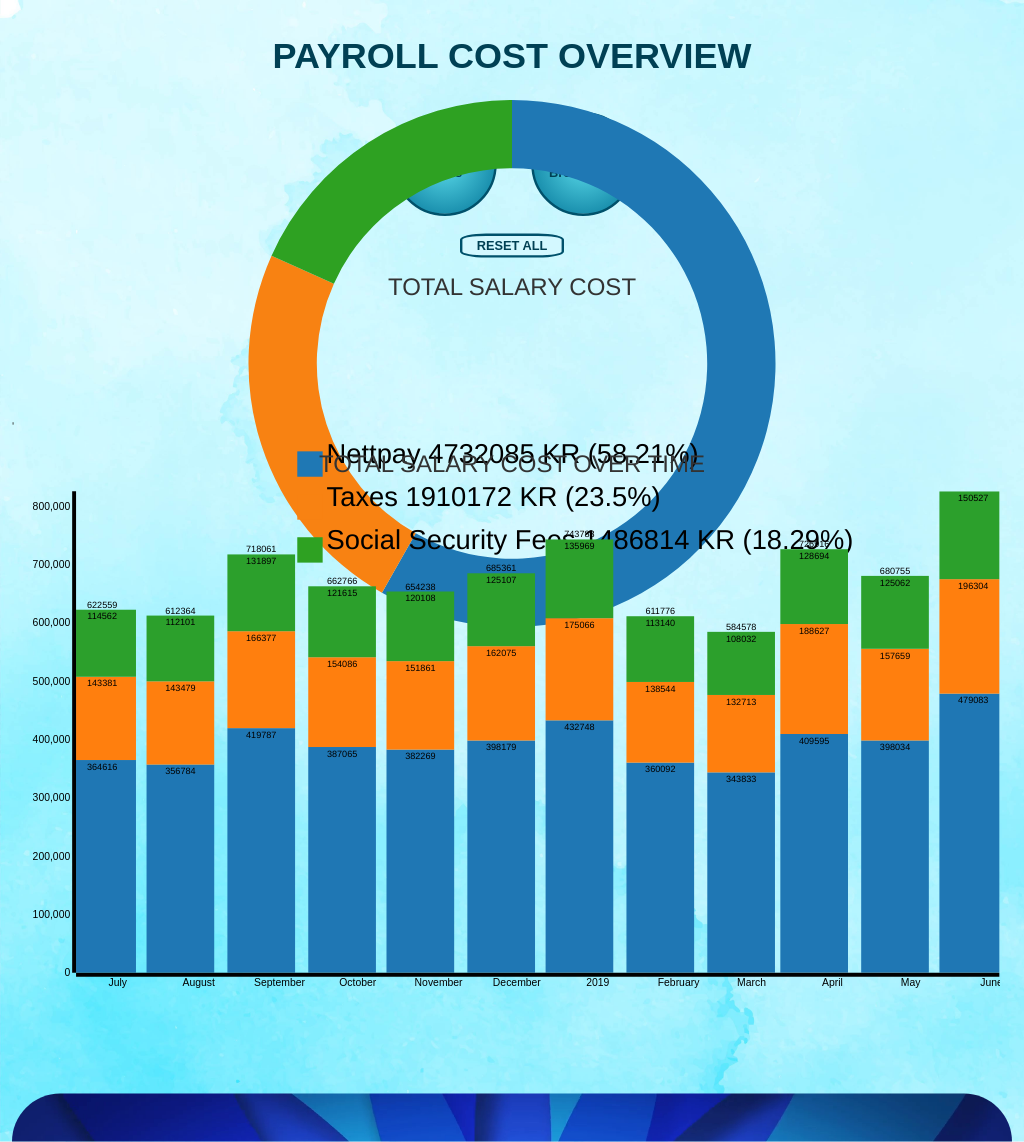
Repository: Code-Institute-Submissions/danfiliphoff-Milestoneproject-2
Page: total_cost.html
The author's editor kept a record of every edit. The page is drawn from the files as they stood at one moment, then again after the next edit.
The browser window is 1280 px wide. The pictures show the whole page, at 80% of full size.

Above is the page before.

### total_cost.html
<!DOCTYPE html>
<html lang="en">
<head>
    <meta charset="UTF-8">
    <meta name="viewport" content="width=device-width, initial-scale=1.0">
    <meta http-equiv="X-UA-Compatible" content="ie=edge">
    <title>Payroll Dashboard</title>
    <link rel="stylesheet" href="static/css/style.css" type="text/css" />
    <link rel="stylesheet" href="static/pictures/html_background.jpg" type="image/jpg" />
    <link rel="stylesheet" href="https://stackpath.bootstrapcdn.com/bootstrap/3.3.7/css/bootstrap.min.css" type="text/css" />
    <script src="https://ajax.googleapis.com/ajax/libs/jquery/3.3.1/jquery.min.js"></script>
    <script src="https://maxcdn.bootstrapcdn.com/bootstrap/3.4.0/js/bootstrap.min.js"></script>
    <script src="static/js/library_js/d3.min.js"></script>
    <script src="static/js/library_js/d3-time-format.v2.min.js"></script>
    <script src="static/js/library_js/crossfilter.min.js"></script>
    <script src="static/js/library_js/dc.min.js"></script>
    <script src="static/js/library_js/queue.min.js"></script>
    <script src="static/js/total_cost.js"></script>
</head>

<body id="index-body-size,body-account">
    <div class="container-fluid" id="index-background">
        <header>
            <!--*******Title*********-->
            <div >
               <div class="row">
                    <h1 class="col-md-12 paddingtitle title">
                         <a href="index.html" class="title">
                             <span>Payroll Cost Overview</span>
                             <br>
                         </a>
                    </h1>
               </div>
            </div>
        </header>
        <div class = "body-account">
            <!--****** Navigation Buttons******-->
            <div class="mobile" id="indexcontent">
                <div class="row" id="center-btn">
                    <div class="col-md-12">
                        <form style="display: inline" action="total_cost.html" method="get">
                            <button class="mainbutton">
                                <span>Total<br> Costs</span>
                            </button>
                        </form>
                        <form style="display: inline" action="account.html" method="get">
                            <button class="mainbutton">
                                <span>Cost Breakdown</span>
                            </button>
                        </form>
                    </div>
                </div>
            </div>
            <!--*****Reset All Button******-->
            <div class="row">
                <div class="col-md-12">
                    <button type="button" class="btn btn-default">
                        <a href="javascript:dc.filterAll(); dc.renderAll();">Reset All</a>
                    </button>
                </div>
            </div>
            <!--*****Graphs******-->
            <div class="container">
                <!--*****Pie Chart******-->
                <div class="row">
                    <section class="col-md-12">
                        <h2 class="h2-chart-heading">TOTAL SALARY COST</h2>
                        <div id="total-cost-pie-chart"></div>
                    </section>  '
                </div>
                <!--*****Bar Chart******-->
                <div class="row">
                    <section class="col-md-12">
                        <h2 class="h2-chart-heading">TOTAL SALARY COST OVER TIME</h2>
                        <div id="total-cost-stacked-bar-chart"></div>
                    </section>
                </div>
            </div>
        </div>
        <!--****** Footer******-->
        <footer class="container-fluid footer-pinned">
            <div class="row footerbackgrund">
            </div>
        </footer>
    </div>
</body>
</html>

### static/css/style.css
/*--------HEADER-------*/
.paddingtitle{
    padding-top:25px;
    text-align: center;
}

.title {
    font-family: "Nunito", Arial;
    font-weight: 800;
    font-size: 45px;
    line-height: 50px;
    text-transform: uppercase;
    color:#004054;
    text-decoration: none !important;
    top: 0.5%;
    position: relative;
}

/*--------Index-------*/
#index-body-size{
    position: fixed;
    height: 100%;
    width: 100%;
    margin-top: -27px;
    margin-left: 0px;
}
#indexcontent{
    text-align: center;
    margin-top: 1%;
}

#welcome-text{
    max-width: 100px;
}

/*--------Navigation buttons-------*/
#center-btn{
    margin-right: 20px;
}

.mainbutton{
    border-radius: 50%;
    color: #004054;
    background: radial-gradient(#5adae9, #017296);
    height: 130px;
    width: 130px;
    font-family: "Nunito", Arial;
    font-weight: 800;
    font-size:16px;
    border: 3px solid #00516b;
    transition: all 0.5s;
    cursor: pointer;
    text-align: center;
    margin-bottom: 22px;
    margin-top: 22px;
    margin-left: 40px;
}

.mainbutton:hover{
  box-shadow: 0 12px 16px 0 rgba(0,0,0,0.24), 0 17px 50px 0 rgba(0,0,0,0.19);
}

.mainbutton span{
  cursor: pointer;
  display: inline-block;
  position: relative;
  transition: 0.5s;
}

.mainbutton span:after{
  content: '\00bb';
  position: absolute;
  opacity: 0;
  top: 0;
  right: -20px;
  transition: 0.5s;
}

.mainbutton:hover span{
  padding-right: 25px;
}

.mainbutton:hover span:after{
  opacity: 1;
  right: 0;
}


/*--------GENERAL-------*/

.navbar-fixed-bottom{
    margin-left: 20px;
    margin-right:24px;
}
#index-background{
    position: relative;
    background-repeat:no-repeat;
    background-size:cover;
    background-image: url("../pictures/html_background.jpg");
    height: 107%;
    width: 100%;
}

.body-account{
    padding-bottom:60px;
    height: 100%;
}

.topic-header{
  font-family: "Nunito", Arial;
  font-weight: 700;
  font-size:  43px;
  color:#004054;
  text-align: center;
}

.topic-text{
  font-family: "Nunito", Arial;
  color:black;
  font-size: 13px;
  text-decoration: none!important;
  text-align: justify;
  max-width: 203px;
  margin: 0 auto;
}

.container{
    width: 100% !important;
}

.h2-chart-heading{
    text-align: center;
}

/*--------------SELECTORS AND DROPDOWNS -------------------*/
#salary-type-selector > select,
#index-background > div > div.container > div:nth-child(2) > div > button,
#index-background > div > div.row > div > button
{
    font-family: "Nunito", Arial;
    font-size: 16px;
    background-color: inherit;
    height: 30px;
    width: 130px;
    font-weight: 800;
    border: 3px solid #00516b;
    text-align: center;
}

#salary-type-selector > select,button, input, select, textarea,
#index-background > div > div.container > div:nth-child(2) > div > button,
#index-background > div > div.row > div > button{
    background-color: #D3F8FF;
    border-radius: 25%;
    text-align: center;
}

#index-background > div > div.container > div:nth-child(2) > div > button > a,
#index-background > div > div.row > div > button > a{
    text-transform: uppercase;
}

#index-background > div > div.container > div:nth-child(2) > div > button{
    margin-top:10px!important;
}

.btn-default{
    padding-top:1px!important;
}

#salary-type-selector > select > option:nth-child(1){
    text-transform: uppercase;
}

/*--------------GRAPHS AND CHARTS GENERAL  -------------------*/
/*below make sures that line grap renders as a line and not as an area*/
.line {
         fill: none;
         stroke: #004054;
         stroke-width: 6px;
         }

#Cost-Per-Type > svg,
#Cost-Over-Time > svg,
#cost-per-account > svg,
#total-cost-pie-chart > svg,
#total-cost-stacked-bar-chart > svg,
#salary-type-selector > select,
#index-background > div > div.container > div:nth-child(2) > div > button,
#index-background > div > div.row > div > button{
    display:block;
    margin:auto;
}

#Cost-Over-Time > svg > g > g.axis.y,
#Cost-Over-Time > svg > g > g.axis.x,
#cost-per-account > svg >.dc-legend,
#total-cost-stacked-bar-chart > svg > g > g.axis.y,
#total-cost-stacked-bar-chart > svg > g > g.axis.x,
#salary-type-selector > select,button, input, select, textarea,
#salary-type-selector > select > option,
#index-background > div > div.container > div:nth-child(2) > div > button > a,
#index-background > div > div.row > div > button > a{
    font-family: "Nunito", Arial;
    font-size: 16px;
    color:#004054;
}

/*--------------GRAPHS AND CHARTS SPECIFIC-------------------*/

#Cost-Per-Type
 .axis.y { display: none;
 }

#Cost-Per-Type > svg > g > g.axis.x > g > text{
    text-anchor: end !important;
}

#cost-per-account > svg >.dc-legend{
    text-transform: uppercase;
}

#Cost-Over-Time > svg > g > g.axis.x {
    font-size: 13.5px;
}

#Cost-Over-Time > svg > g > g.axis.x > g > text{
    transform:rotate(-35deg);
    margin-top: 30px;
    text-anchor: end !important;
}

#Cost-Over-Time > svg{
    overflow: visible;
}

#Cost-Over-Time > svg > g > g.axis.x > g:nth-child(2){
    margin-top: 10px;
}

#total-cost-pie-chart > svg {
    margin-top:-260px;
    margin-bottom: -260px;
}


/*--------------FOOTER-------------------*/

.footerbackgrund{
  bottom: 0;
  margin-top: 50px;
  border-radius: 170px 170px 0px 0px;
  background-repeat:no-repeat;
  background-size:cover;
  background-image: url("../pictures/footerbackground.jpg");
  height: 60px;
}


/*-------------MEDIA QUERYS-----------*/
@media  (min-width: 0px) and (max-width: 426px){
    .title{
        font-weight: 800;
        font-size: 24px;
        line-height: 40px;
        padding-top: 20px;
    }

    .topic-header{
        font-size:  25px;
    }
}

@media (max-width: 320px){
   .topic-text{
        font-size: 12px;
    }
}


@media (max-width: 404px){
    .mainbutton{
        height: 85px;
        width: 85px;
        font-size: 11px;
    }
}

@media  (min-width: 427px) and (max-width: 768px) {
    .title {
        font-weight: 800;
        font-size: 35px;
        line-height: 30px;
        padding-top: 20px;
    }

    .topic-header{
        font-size:  30px;
    }
}


@media (min-width: 768px){

    .topic-text{
        font-size: 15px;
        max-width: 295px;
    }

    #index-body-size{
    margin-top: -31px;
    }

   .navbar-fixed-bottom {
    margin-bottom: -25px;
    }
}

### static/js/total_cost.js
queue()
    .defer(d3.csv, "data/total_cost.csv")
    .await(makeTotalCostGraps);

function makeTotalCostGraps(error, totalCost){

    var parseDate = d3.time.format("%Y-%m-%d").parse;
        totalCost.forEach(function(d){
            d.PaymentDate = parseDate(d.PaymentDate);
        });


   var ndx=crossfilter(totalCost);
   makePie(ndx);
   StackedBarChartTotalCost(ndx);
   dc.renderAll();
}



function StackedBarChartTotalCost(ndx){
    var payment_date_dim_bar = ndx.dimension(dc.pluck("PaymentDate"));
    var minDate = payment_date_dim_bar.bottom(1)[0].PaymentDate;
    var maxDate = payment_date_dim_bar.top(1)[0].PaymentDate;
    var NettpayByMonth = payment_date_dim_bar.group().reduceSum(function (d) {
            if (d.Type === 'Nettpay') {
                return +d.Sum;
            } else {
                return 0;
            }
        });

    var TaxesByMonth = payment_date_dim_bar.group().reduceSum(function (d) {
            if (d.Type === 'Taxes') {
                return +d.Sum;
            } else {
                return 0;
            }
        });

    var SocialSecurityFeesByMonth = payment_date_dim_bar.group().reduceSum(function (d) {
            if (d.Type === 'Social Security Fees') {
                return +d.Sum;
            } else {
                return 0;
            }
        });

    dc.barChart('#total-cost-stacked-bar-chart')
            .width(1500)
            .height(800)
            .useViewBoxResizing(true)
            .margins({top: 10, left: 80, right: 1, bottom: 50})
            .dimension(payment_date_dim_bar)
            .group(NettpayByMonth, "Nettpay")
            .stack(TaxesByMonth, "Taxes")
            .stack(SocialSecurityFeesByMonth, "Sociala")
            .renderLabel(true)/*gets total label for whole bar*/
            .elasticX(true)
            .xAxisPadding(10)
            .gap(15)
            .centerBar(true)
            .x(d3.time.scale().domain([minDate,maxDate]))
            .xUnits(d3.time.months)
           /* .barPadding(0.3)/*adjusts with of each bar*/
            .on('renderlet', function (chart) {
                //Check if labels exist
                var gLabels = chart.select(".labels");
                if (gLabels.empty()){
                    gLabels = chart.select(".chart-body").append('g').classed('labels', true);
                }

                var gLabelsData = gLabels.selectAll("text").data(chart.selectAll(".bar")[0]);
                gLabelsData.exit().remove(); //Remove unused elements
                gLabelsData.enter().append("text"); //Add new elements
                gLabelsData
                .attr('text-anchor', 'middle')
                .attr('fill', 'black')
                .text(function(d){
                    text_object =  d3.select(d).datum().y
                    console.log(text_object)
                    return text_object
                })
                .attr('x', function(d){
                    return +d.getAttribute('x') + (d.getAttribute('width')/2);
                })
                .attr('y', function(d){ return +d.getAttribute('y') + 15; })
                .attr('style', function(d){
                    if (+d.getAttribute('height') < 18) return "display:none";
                });

            });
}




function makePie(ndx) {
    var type_dim = ndx.dimension(dc.pluck("Type"));
    var total_cost_pie_chart = type_dim.group().reduceSum(dc.pluck('Sum'));


    dc.pieChart('#total-cost-pie-chart')
        .height(270)
        .width(500)
        .radius(200)
        .useViewBoxResizing(true)
        .innerRadius(100)
        .transitionDuration(1500)
        .dimension(type_dim)
        .group(total_cost_pie_chart)
        .legend(dc.legend()
            .x(140)
            .y(180)
            .itemHeight(13)
            .gap(9)
            .legendText(function(d){return d.name + " " + d.data + " " + "KR (" +  Math.round((d.data/(8129071/100))*100)/100 + "%)"}))
        .renderLabel(false)
        .ordinalColors(['#1f78b4', '#F88212', '#2EA122']);
}

Loaded but not shown: static/js/library_js/d3.min.js (library); static/js/library_js/d3-time-format.v2.min.js (library); static/js/library_js/crossfilter.min.js (library); static/js/library_js/dc.min.js (library); static/js/library_js/queue.min.js (common file)

After the next edit:
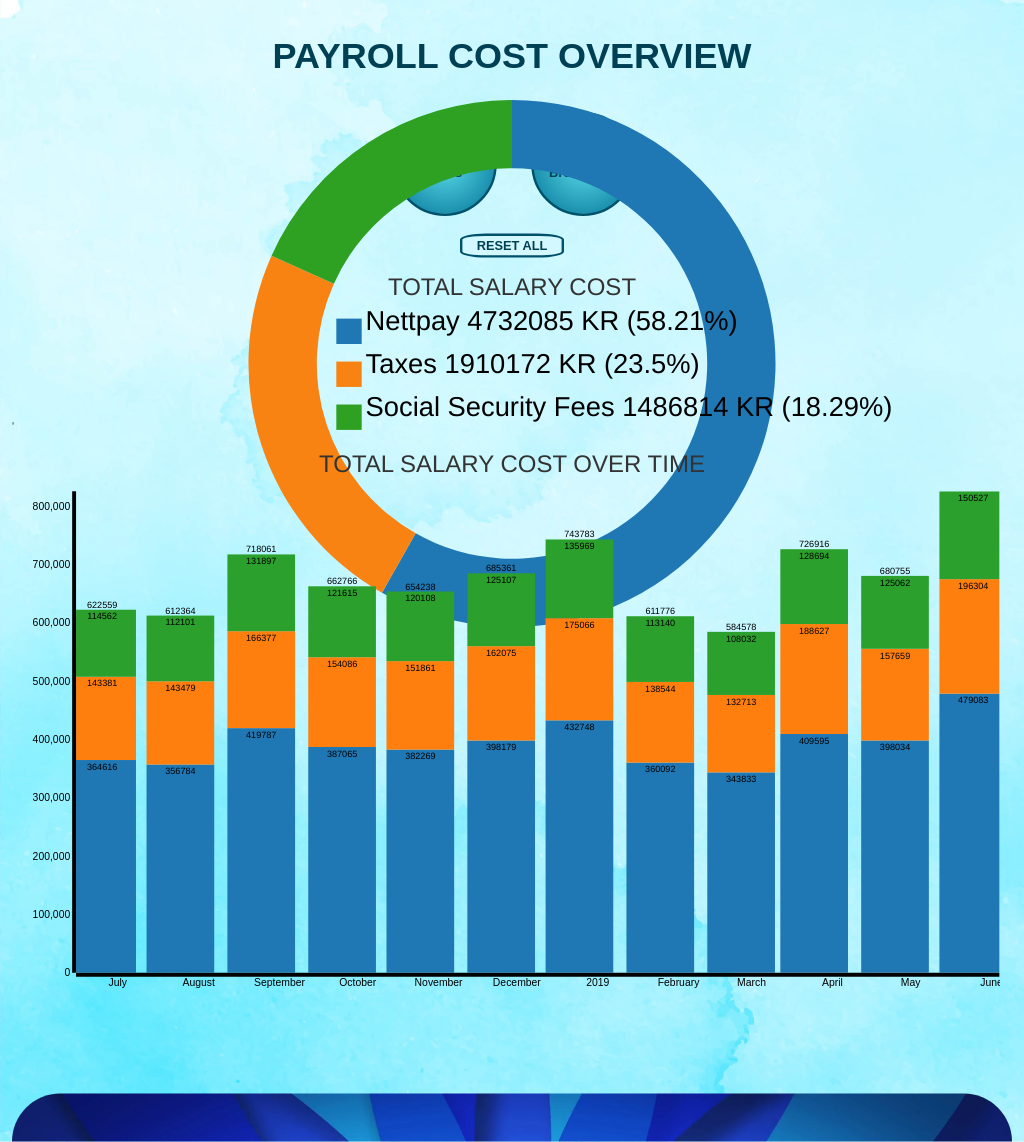
The edit:
--- a/static/js/total_cost.js
+++ b/static/js/total_cost.js
@@ -110,8 +110,8 @@
         .dimension(type_dim)
         .group(total_cost_pie_chart)
         .legend(dc.legend()
-            .x(140)
-            .y(180)
+            .x(160)
+            .y(112)
             .itemHeight(13)
             .gap(9)
             .legendText(function(d){return d.name + " " + d.data + " " + "KR (" +  Math.round((d.data/(8129071/100))*100)/100 + "%)"}))
